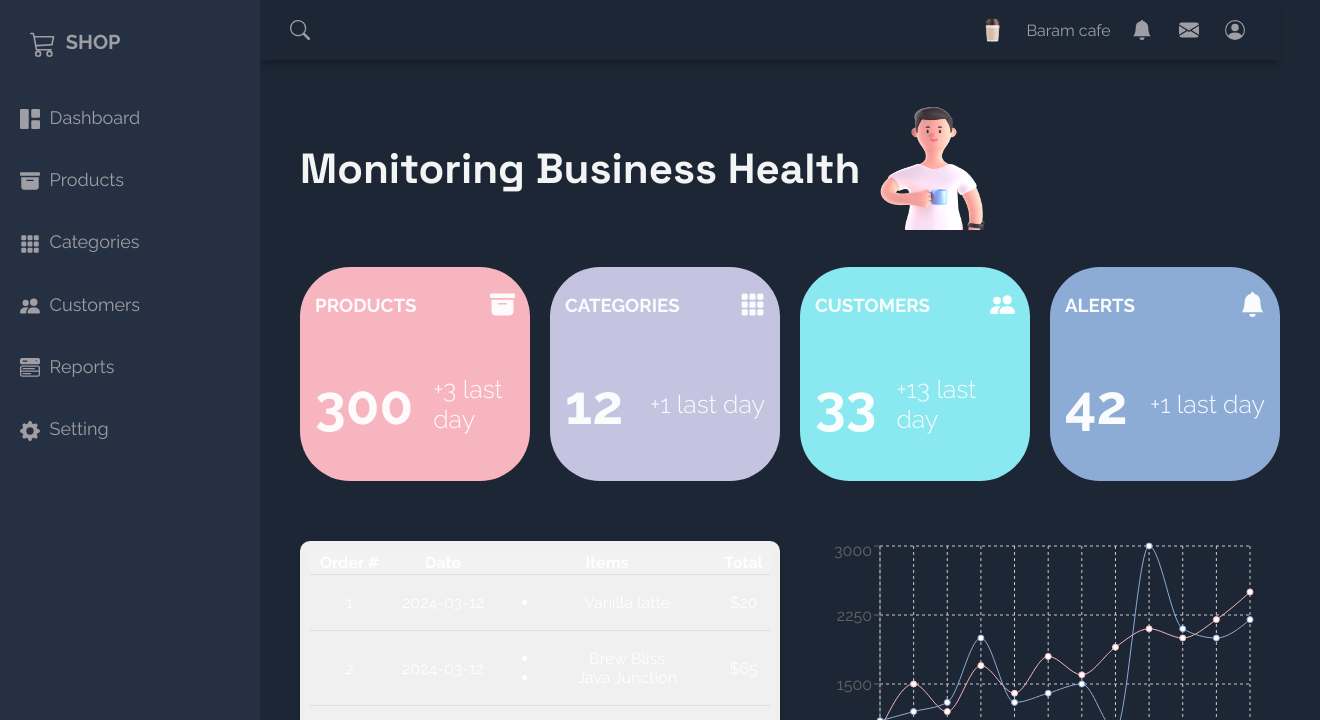
Repository: ffferncake/monitoring-business-health
Page: /
An editor plug-in stored every save of this project. The page is shown before and after the next save, followed by the edit.
The browser window is 1280 px wide. The page is 1320 px wide, so the pictures cover 1320 px, including what lies to the right of the window. The pictures show the whole page.
An inner scrolling area shows only its first screen. The project was rebuilt for these pictures with package versions that can differ from the ones it lists, and the page was loaded fresh each time. Also part of the build but not shown: vite.config.js.

Above is the page before, as saved 2024-03-13 15:49:17.

### index.html
<!doctype html>
<html lang="en">
  <head>
    <meta charset="UTF-8" />
    <link rel="icon" type="image/svg+xml" href="/images/coffee-glass-packaging.png" />
    <meta name="viewport" content="width=device-width, initial-scale=1.0" />
    <title>Vite + React</title>
  </head>
  <body>
    <div id="root"></div>
    <script type="module" src="/src/main.jsx"></script>
  </body>
</html>

### src/App.css
@import url("https://fonts.googleapis.com/css2?family=Raleway:ital,wght@0,100..900;1,100..900&family=Space+Grotesk:wght@300..700&display=swap");
body {
  margin: 0;
  padding: 0;
  background-color: #1d2634;
  color: #9e9ea4;
  /* font-family: 'Montserrat', sans-serif; */
  font-family: "Raleway", "Space Grotesk", sans-serif;
}

.icon {
  vertical-align: middle;
  line-height: 1px;
  font-size: 20px;
}
.icon_header {
  vertical-align: middle;
  line-height: 1px;
  font-size: 26px;
}
.icon,
.icon_header {
  margin-right: 5px;
}

.close_icon {
  color: red;
  margin-left: 30px;
  margin-top: 10px;
  cursor: pointer;
}

.grid-container {
  display: grid;
  grid-template-columns: 260px 1fr 1fr 1fr;
  grid-template-rows: 0.2fr 3fr;
  grid-template-areas:
    "sidebar header header header"
    "sidebar main main main";
  height: 100vh;
}

/* Header  */
.header {
  grid-area: header;
  height: 60px;
  display: flex;
  align-items: center;
  justify-content: space-between;
  padding: 0 30px 0 30px;
  box-shadow: 0 6px 7px -3px rgba(0, 0, 0, 0.35);
}

.header-right {
  display: flex;
  justify-content: space-between;
  align-items: center;
  width: 270px;
}
.header-right > img {
  width: 25px;
}

.menu-icon {
  display: none;
}
/* End Header  */

/* Sidebar  */
#sidebar {
  grid-area: sidebar;
  height: 100%;
  background-color: #263043;
  overflow-y: auto;
  transition: all 0.5s;
  -webkit-transition: all 0.5s;
}

.sidebar-title {
  display: flex;
  justify-content: space-between;
  align-items: center;
  padding: 15px 30px 0px 30px;
  margin-bottom: 30px;
  font-family: "Raleway", sans-serif;
}

.sidebar-title > span {
  display: none;
}

.sidebar-brand {
  margin-top: 15px;
  font-size: 20px;
  font-weight: 700;
}

.sidebar-list {
  padding: 0;
  list-style-type: none;
}

.sidebar-list-item {
  padding: 20px 20px 20px 20px;
  font-size: 18px;
}

.sidebar-list-item:hover {
  background-color: rgba(255, 255, 255, 0.2);
  cursor: pointer;
}

.sidebar-list-item > a {
  text-decoration: none;
  color: #9e9ea4;
}

.sidebar-responsive {
  display: inline !important;
  position: absolute;
  /*
    we want the z-index of the sidebar higher so that
    the charts are not showing over the sidebar
    on small screens
  */
  z-index: 12 !important;
}

/* End Sidebar  */

/* Main  */
.main-container {
  grid-area: main;
  overflow-y: auto;
  overflow-x: hidden;
  padding: 20px 20px;
  color: rgba(255, 255, 255, 0.95);
  width: 100%;
  display: flex;
  flex-wrap: wrap;
}

.column {
  /* grid-area: main; */
  overflow-y: auto;
  padding: 20px 20px;
  color: rgba(255, 255, 255, 0.95);
  overflow-x: hidden;
  /* width: 50%; */
}

.main-title {
  display: flex;
  /* justify-content: space-between; */
  font-size: 36px;
  font-family: "Space Grotesk", sans-serif;
}

.main-title > img {
  width: 150px;
  height: 130px;
}
.main-cards {
  display: grid;
  grid-template-columns: 1fr 1fr 1fr 1fr;
  gap: 20px;
  margin: 30px 0;
}

.card {
  display: flex;
  flex-direction: column;
  justify-content: space-around;
  padding: 8px 15px;
  border-radius: 50px;
}

.card:first-child {
  background-color: #f7b5bf;
}

.card:nth-child(2) {
  background-color: #c4c4e0;
}

.card:nth-child(3) {
  background-color: #8ae8f0;
}

.card:nth-child(4) {
  background-color: #8cacd5;
}

.card-inner {
  display: flex;
  align-items: center;
  justify-content: space-between;
}

.card-inner-text {
  display: flex;
  align-items: center;
  justify-content: space-between;
}

.card-inner-text > h1 {
  font-size: 55px;
  font-weight: 700;
}

.card-inner-text > h2 {
  font-size: 25px;
  padding-left: 20px;
  font-weight: 300;
}

.card-inner > .card_icon {
  font-size: 25px;
}

.card-inner > img {
  border-radius: 50px;
  width: 290px;
  height: 400px;
  display: block;
  align-items: center;
  margin: 0 auto; /* Center the image horizontally */
  margin-left: 50px;
}
.charts {
  display: grid;
  grid-template-columns: 1fr 1fr;
  gap: 20px;
  margin-top: 60px;
  height: 300px;
}

/* End Main  */

/* Medium <= 992px */

@media screen and (max-width: 992px) {
  .grid-container {
    grid-template-columns: 1fr;
    grid-template-rows: 0.2fr 3fr;
    grid-template-areas:
      "header"
      "main";
  }

  #sidebar {
    display: none;
  }

  .menu-icon {
    display: inline;
  }

  .sidebar-title > span {
    display: inline;
  }
}
/* Small <= 768px */

@media screen and (max-width: 768px) {
  .main-cards {
    grid-template-columns: 1fr;
    gap: 10px;
    margin-bottom: 0;
  }

  .charts {
    grid-template-columns: 1fr;
    margin-top: 30px;
  }
}

/* Extra Small <= 576px */

@media screen and (max-width: 576px) {
  .hedaer-left {
    display: none;
  }
}

### src/Header.jsx
import React from "react";
import {
  BsFillBellFill,
  BsFillEnvelopeFill,
  BsPersonCircle,
  BsSearch,
  BsJustify,
} from "react-icons/bs";
import "./App.css";

function Header({ OpenSidebar }) {
  return (
    <header className="header">
      <div className="menu-icon">
        <BsJustify className="icon" onClick={OpenSidebar} />
      </div>
      <div className="header-left">
        <BsSearch className="icon" />
      </div>

      <div className="header-right">
        <img src="./images/coffee-glass-packaging.png" alt="coffee" />
        <p>Baram cafe</p>
        <BsFillBellFill className="icon" />
        <BsFillEnvelopeFill className="icon" />
        <BsPersonCircle className="icon" />
      </div>
    </header>
  );
}

export default Header;

### src/Sidebar.jsx
import React from 'react'
import
{BsCart3, BsGrid1X2Fill, BsFillArchiveFill, BsFillGrid3X3GapFill, BsPeopleFill,
  BsListCheck, BsMenuButtonWideFill, BsFillGearFill}
 from 'react-icons/bs'

function Sidebar({openSidebarToggle, OpenSidebar}) {
  return (
    <aside id="sidebar" className={openSidebarToggle ? "sidebar-responsive": ""}>
        <div className='sidebar-title'>
            <div className='sidebar-brand'>
                <BsCart3  className='icon_header'/> SHOP
            </div>
            <span className='icon close_icon' onClick={OpenSidebar}>X</span>
        </div>

        <ul className='sidebar-list'>
            <li className='sidebar-list-item'>
                <a href="">
                    <BsGrid1X2Fill className='icon'/> Dashboard
                </a>
            </li>
            <li className='sidebar-list-item'>
                <a href="">
                    <BsFillArchiveFill className='icon'/> Products
                </a>
            </li>
            <li className='sidebar-list-item'>
                <a href="">
                    <BsFillGrid3X3GapFill className='icon'/> Categories
                </a>
            </li>
            <li className='sidebar-list-item'>
                <a href="">
                    <BsPeopleFill className='icon'/> Customers
                </a>
            </li>
            {/* <li className='sidebar-list-item'>
                <a href="">
                    <BsListCheck className='icon'/> Inventory
                </a>
            </li> */}
            <li className='sidebar-list-item'>
                <a href="">
                    <BsMenuButtonWideFill className='icon'/> Reports
                </a>
            </li>
            <li className='sidebar-list-item'>
                <a href="">
                    <BsFillGearFill className='icon'/> Setting
                </a>
            </li>
        </ul>
    </aside>
  )
}

export default Sidebar

### src/Home.jsx
import React from "react";
import {
  BsFillArchiveFill,
  BsFillGrid3X3GapFill,
  BsPeopleFill,
  BsFillBellFill,
} from "react-icons/bs";
import {
  BarChart,
  Bar,
  Cell,
  XAxis,
  YAxis,
  CartesianGrid,
  Tooltip,
  Legend,
  ResponsiveContainer,
  LineChart,
  Line,
} from "recharts";
import Card from "./Card";
import logoImage1 from "../public/images/ig.png"; // Import your first logo image
import logoImage2 from "../public/images/facebook.png"; // Import your second logo image
import logoImage3 from "../public/images/twitter.png"; // Import your third logo image
import OrderCard from "./OrderCard";

function Home() {
  const data = [
    { month: "01", profit_2021: 1000, profit_2022: 1100 },
    { month: "02", profit_2021: 1500, profit_2022: 1200 },
    { month: "03", profit_2021: 1200, profit_2022: 1300 },
    { month: "04", profit_2021: 1700, profit_2022: 2000 },
    { month: "05", profit_2021: 1400, profit_2022: 1300 },
    { month: "06", profit_2021: 1800, profit_2022: 1400 },
    { month: "07", profit_2021: 1600, profit_2022: 1500 },
    { month: "08", profit_2021: 1900, profit_2022: 1000 },
    { month: "09", profit_2021: 2100, profit_2022: 3000 },
    { month: "10", profit_2021: 2000, profit_2022: 2100 },
    { month: "11", profit_2021: 2200, profit_2022: 2000 },
    { month: "12", profit_2021: 2500, profit_2022: 2200 },
  ];

  const reviews = [
    "This is a fantastic product! Highly recommended 👍👍👍",
    "Amazing service and great value for money 💯",
    "Couldn't be happier with my purchase 💖. 10/10.",
  ];

  const latestOrders = [
    {
      id: 1,
      date: "2024-03-12",
      items: [
        { name: "Vanilla latte", price: 20 },
        // { name: "Product 2", price: 30 },
        // { name: "Product 3", price: 15 },
      ],
      total: 20,
    },
    {
      id: 2,
      date: "2024-03-12",
      items: [
        { name: "Brew Bliss", price: 25 },
        { name: "Java Junction", price: 40 },
      ],
      total: 65,
    },
    {
      id: 3,
      date: "2024-03-12",
      items: [
        { name: "Bean Bliss Café", price: 30 },
      ],
      total: 30,
    },
    {
      id: 4,
      date: "2024-03-12",
      items: [
        { name: "The Roast Retreat", price: 15 },
        { name: "Bold Brews", price: 20 },
      ],
      total: 35,
    },
    // {
    //   id: 5,
    //   date: "2024-03-08",
    //   items: [
    //     { name: "Product 11", price: 25 },
    //     { name: "Product 12", price: 30 },
    //     { name: "Product 13", price: 15 },
    //     { name: "Product 14", price: 40 },
    //   ],
    //   total: 110,
    // },
  ];

  return (
    <>
      <div className="main-container">
        <div className="column">
          <div className="main-title">
            <h3>Monitoring Business Health</h3>
            <img
              src="./images/businessman-holding-cup.png"
              alt="man-holding-coffee"
            />
          </div>
          <div className="main-cards">
            <div className="card">
              <div className="card-inner">
                <h3>PRODUCTS</h3>
                <BsFillArchiveFill className="card_icon" />
              </div>
              <div className="card-inner-text">
                {" "}
                <h1>300</h1>
                <h2>+3 last day</h2>
              </div>
            </div>
            <div className="card">
              <div className="card-inner">
                <h3>CATEGORIES</h3>
                <BsFillGrid3X3GapFill className="card_icon" />
              </div>
              <div className="card-inner-text">
                <h1>12</h1>
                <h2>+1 last day</h2>
              </div>
            </div>
            <div className="card">
              <div className="card-inner">
                <h3>CUSTOMERS</h3>
                <BsPeopleFill className="card_icon" />
              </div>
              <div className="card-inner-text">
                <h1>33</h1>
                <h2>+13 last day</h2>
              </div>
            </div>
            <div className="card">
              <div className="card-inner">
                <h3>ALERTS</h3>
                <BsFillBellFill className="card_icon" />
              </div>
              <div className="card-inner-text">
                <h1>42</h1>
                <h2>+1 last day</h2>
              </div>
            </div>
          </div>

          <div className="charts">
            {/* <ResponsiveContainer width="100%" height="100%">
              <BarChart
                width={500}
                height={300}
                data={data}
                margin={{
                  top: 5,
                  right: 30,
                  left: 20,
                  bottom: 5,
                }}
              >
                <CartesianGrid strokeDasharray="3 3" />
                <XAxis dataKey="month" interval={1} />
                <YAxis />
                <Tooltip />
                <Bar dataKey="profit_2021" fill="#F7B5BF" />
                <Bar dataKey="profit_2022" fill="#8CACD5" />
              </BarChart>
            </ResponsiveContainer> */}
            <OrderCard orders={latestOrders} />

            {/* <div className="card-order">
              <div className="card-inner-order">
                <h3>ALERTS</h3>
                <BsFillBellFill className="card_icon" />
              </div>
              <div className="card-inner-text">
                <h1>42</h1>
                <h2>+1 last day</h2>
              </div>
            </div> */}
            <ResponsiveContainer width="100%" height="100%">
              <LineChart
                width={500}
                height={300}
                data={data}
                margin={{
                  top: 5,
                  right: 30,
                  left: 20,
                  bottom: 5,
                }}
              >
                <CartesianGrid strokeDasharray="3 3" />
                <XAxis dataKey="month" />
                <YAxis />
                <Tooltip />
                {/* <Legend /> */}
                <Line
                  type="monotone"
                  dataKey="profit_2021"
                  stroke="#F7B5BF"
                  activeDot={{ r: 8 }}
                />
                <Line type="monotone" dataKey="profit_2022" stroke="#8CACD5" />
              </LineChart>
            </ResponsiveContainer>
          </div>
        </div>
        <div className="column">
          {/* <div className="card"> */}
          <div className="card-inner">
            <img src="./images/cafe_inside.jpg" alt="cafe img" />
            {/* </div> */}
          </div>
          <div className="card-container">
            <Card logo={logoImage1} review={reviews[0]} />
            <Card logo={logoImage2} review={reviews[1]} />
            <Card logo={logoImage3} review={reviews[2]} />
          </div>
        </div>
      </div>
    </>
  );
}

export default Home;

### src/Card.jsx
import React from "react";
import "./Card.css"; // Import CSS file for styling

const Card = ({ logo, review }) => {
  return (
    <div className="card-comment">
      <div className="logo-comment-container">
        <div className="logo-container">
          <img src={logo} alt="Logo" className="logo" />
        </div>
        <div className="review">{review}</div>
      </div>
    </div>
  );
};

export default Card;

### src/OrderCard.jsx
import React from "react";
import "./OrderCard.css"; // Import CSS file for styling

const OrderCard = ({ orders }) => {
  return (
    <div className="order-card">
      <table>
        <thead>
          <tr>
            <th>Order #</th>
            <th>Date</th>
            <th>Items</th>
            <th>Total</th>
          </tr>
        </thead>
        <tbody>
          {orders.map((order) => (
            <tr key={order.id}>
              <td>{order.id}</td>
              <td>{order.date}</td>
              <td>
                <ul>
                  {order.items.map((item, index) => (
                    <li key={index}>{item.name}</li>
                  ))}
                </ul>
              </td>
              <td>${order.total}</td>
            </tr>
          ))}
        </tbody>
      </table>
    </div>
  );
};

export default OrderCard;

### src/Card.css
.card-comment {
  width: 250px;
  height: 50px; /* Adjust height according to content */
  margin-top: 10px;
  margin-left: 50px;
  border-radius: 30px;
  background-color: #f0f0f0;
  display: flex;
  /* align-items: center;
  justify-content: center; */
  padding: 20px;
  /* text-align: center; */
}
.logo-comment-container {
  display: flex;
  align-items: center;
  justify-content: space-between;
}

.logo-container {
  width: 50px;
  height: 50px;
  border-radius: 30px;
  overflow: hidden;
  /* margin-bottom: 20px; */
}

.logo {
  width: 100%;
  height: 100%;
  object-fit: contain;
}

.review {
  font-size: 12px;
  color: #333;
  margin-left: 10px; /* Adjust margin as needed */
}

### src/OrderCard.css
.order-card {
  background-color: #f0f0f0;
  border-radius: 10px;
  padding: 10px;
  margin-bottom: 10px;
  box-shadow: 0 4px 8px rgba(0, 0, 0, 0.1);
}

table {
  width: 100%;
  border-collapse: collapse;
}

th,
td {
  padding: 2px;
  border-bottom: 1px solid #ddd;
  text-align: center;
}

th {
  background-color: #f2f2f2;
}

Loaded but not shown: src/main.jsx (common file); src/App.jsx (common file)

After the next save:
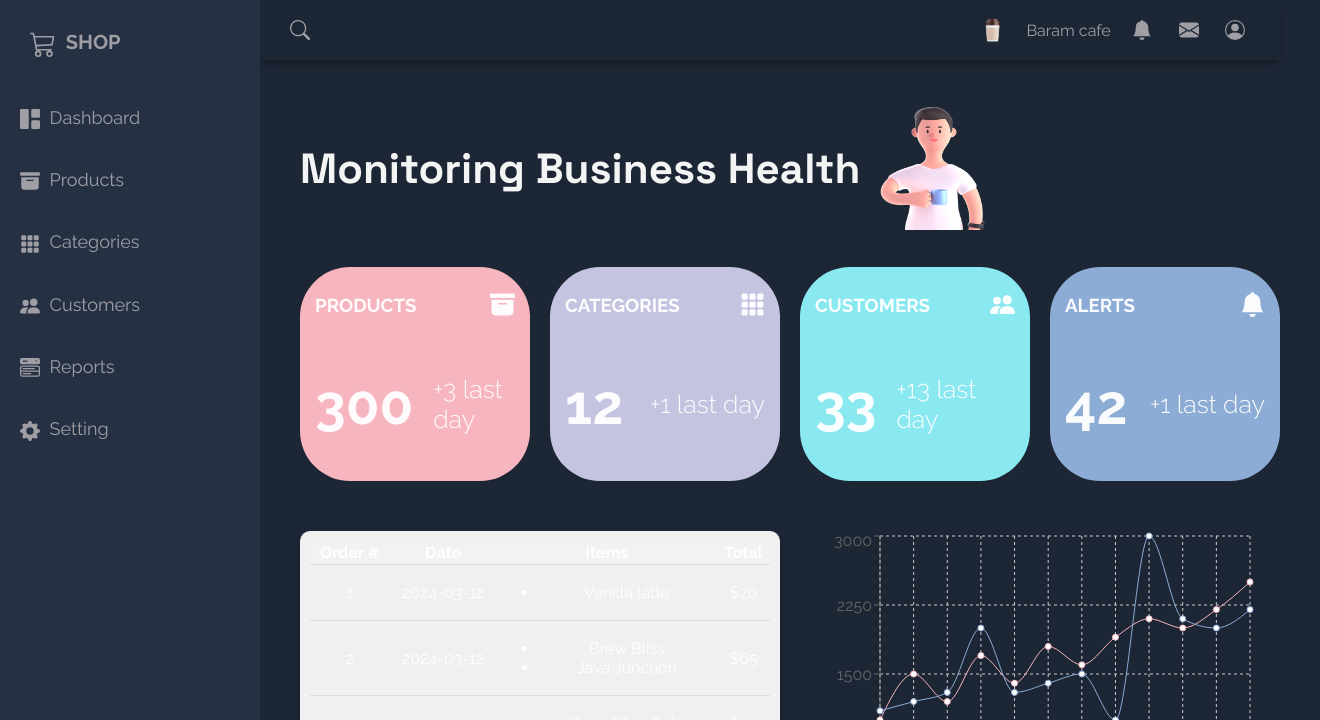
Saved 33 s later.
--- a/src/App.css
+++ b/src/App.css
@@ -231,7 +231,7 @@ body {
   display: grid;
   grid-template-columns: 1fr 1fr;
   gap: 20px;
-  margin-top: 60px;
+  margin-top: 50px;
   height: 300px;
 }
 
